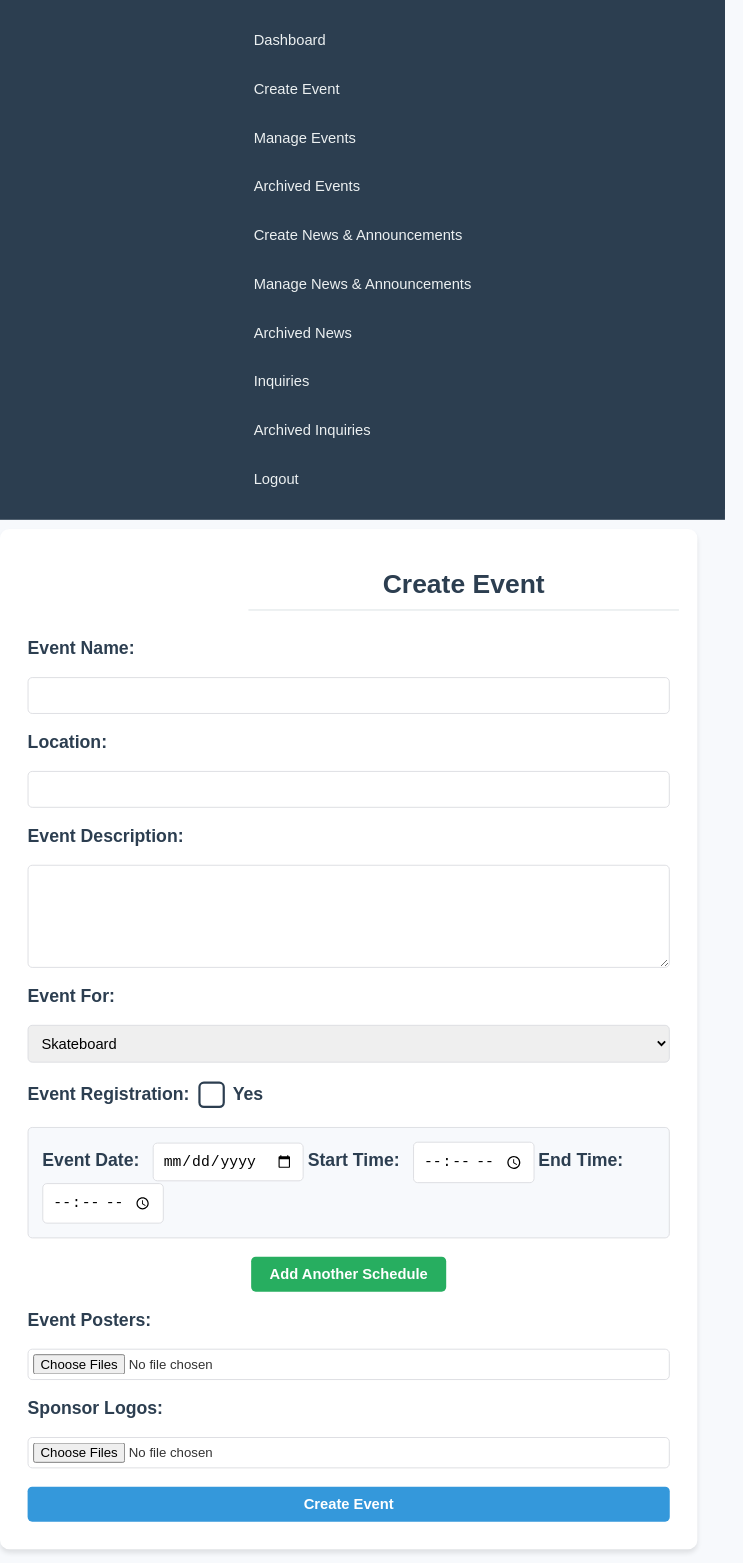
Repository: KharonKade/Capstone
Page: http://localhost/admin.html
These files come from the project's save history. The page is drawn as it stood at one moment and after the next save; the edit follows.
The browser window is 768 px wide. The page is 788 px wide, then 808 px, so the pictures cover 808 px, including what lies to the right of the window. The pictures show the whole page, at 92% of full size.
The page is run by PHP 8.4 with error messages shown; the project is at /var/www/html/.

Above is the page before, as saved 2025-03-27 08:21:30.

After the next save:
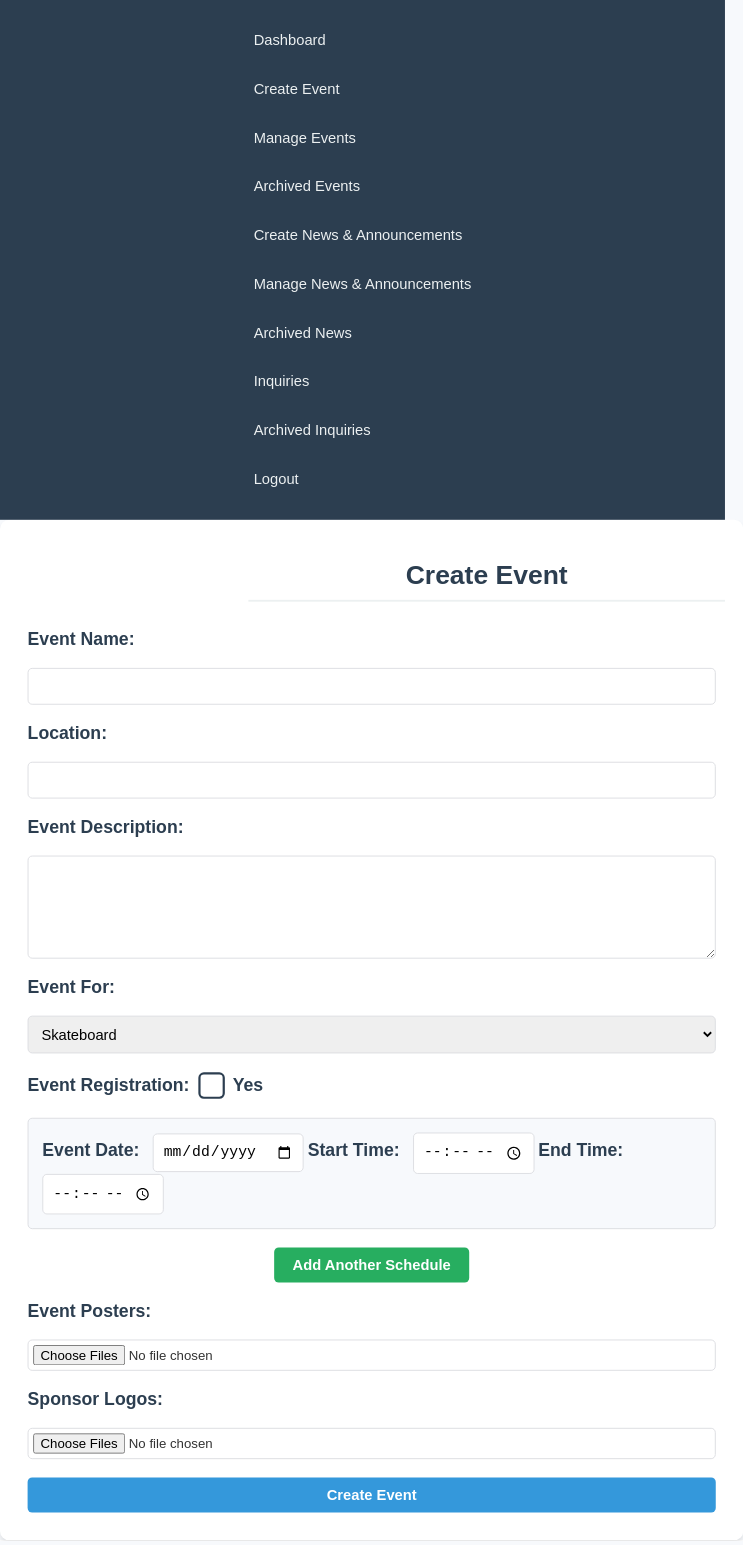
Saved 36 s later.
--- a/Css/admin.css
+++ b/Css/admin.css
@@ -237,14 +237,17 @@ input[type="checkbox"]:checked::after {
     }
 
     .content {
-        margin: 10px;
+        margin: 0;  /* Remove extra margin */
         padding: 20px;
+        width: 100%; /* Ensure it takes full width */
     }
 
     form {
         padding: 0 10px;
-    }
-}
+        max-width: 100%; /* Make sure it doesn't shrink too much */
+    }
+}
+
 
 @media (max-width: 1024px) {
     .sidebar {
